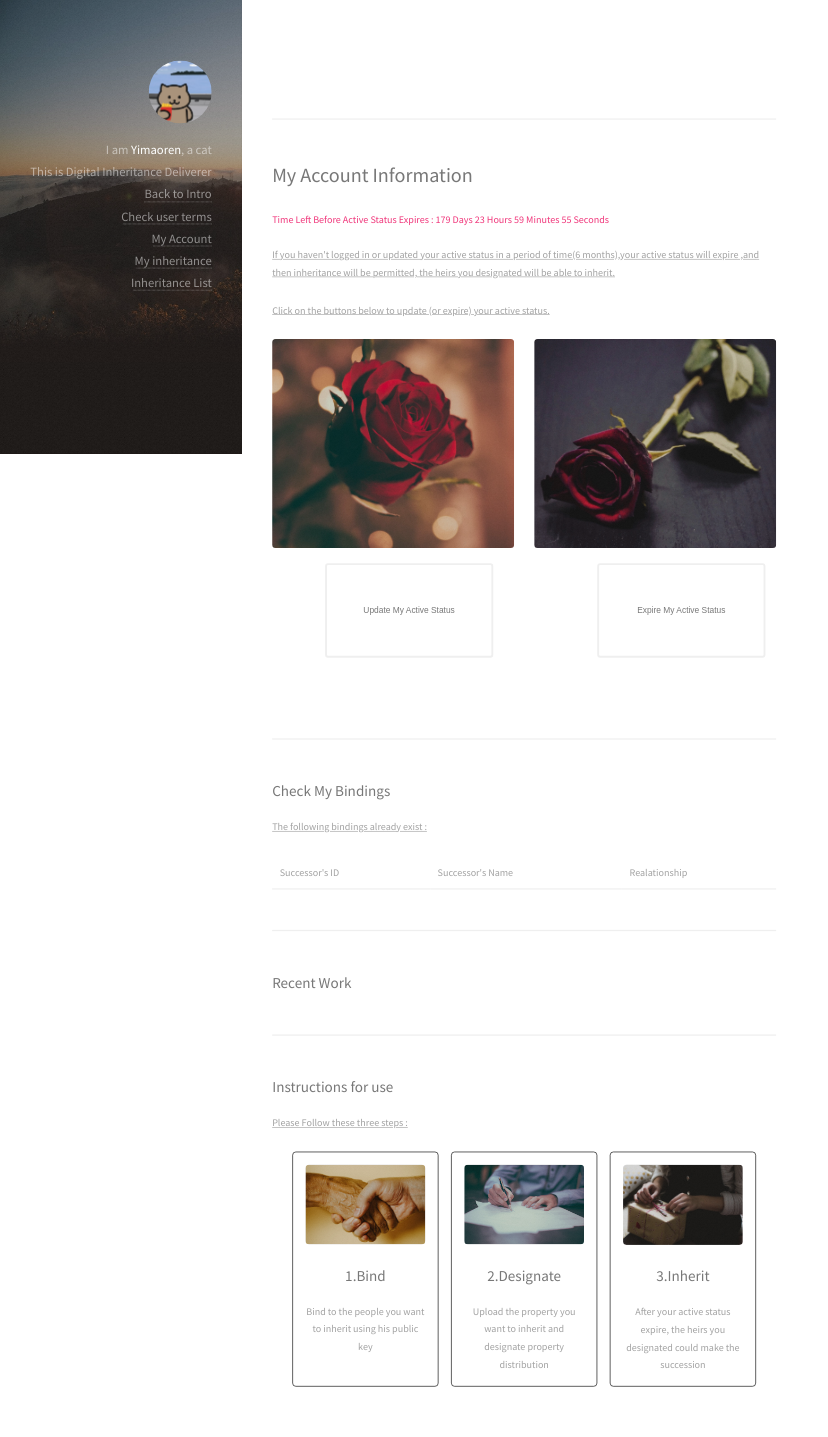
Repository: 1mocat/DID-blockchain-project
Page: Digital_I_D/app/src/myaccount.html
These files come from the project's save history. The page is drawn as it stood at one moment and after the next save; the edit follows.
The browser window is 1280 px wide. The page is 1315 px wide, so the pictures cover 1315 px, including what lies to the right of the window. The pictures show the whole page, at 63% of full size.

Above is the page before, as saved 2023-10-03 01:43:50.

After the next save:
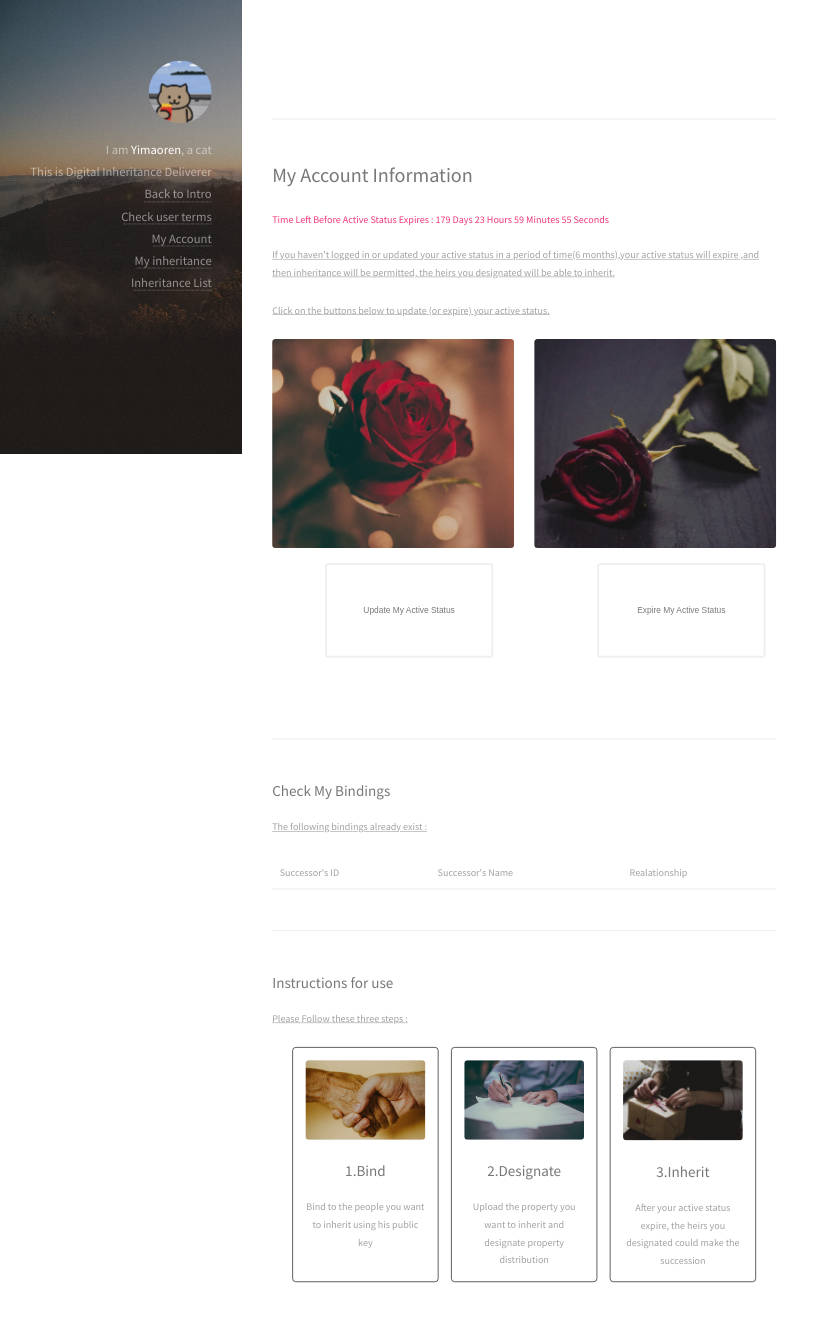
Saved 21 s later.
--- a/Digital_I_D/app/src/myaccount.html
+++ b/Digital_I_D/app/src/myaccount.html
@@ -154,12 +154,6 @@
 			</div>
 		</section>
 
-		<!-- Two -->
-		<section id="two">
-			<h2>Recent Work</h2>
-
-		</section>
-
 		<!-- Three -->
 		<section id="three">
 			<h2>Instructions for use</h2>
